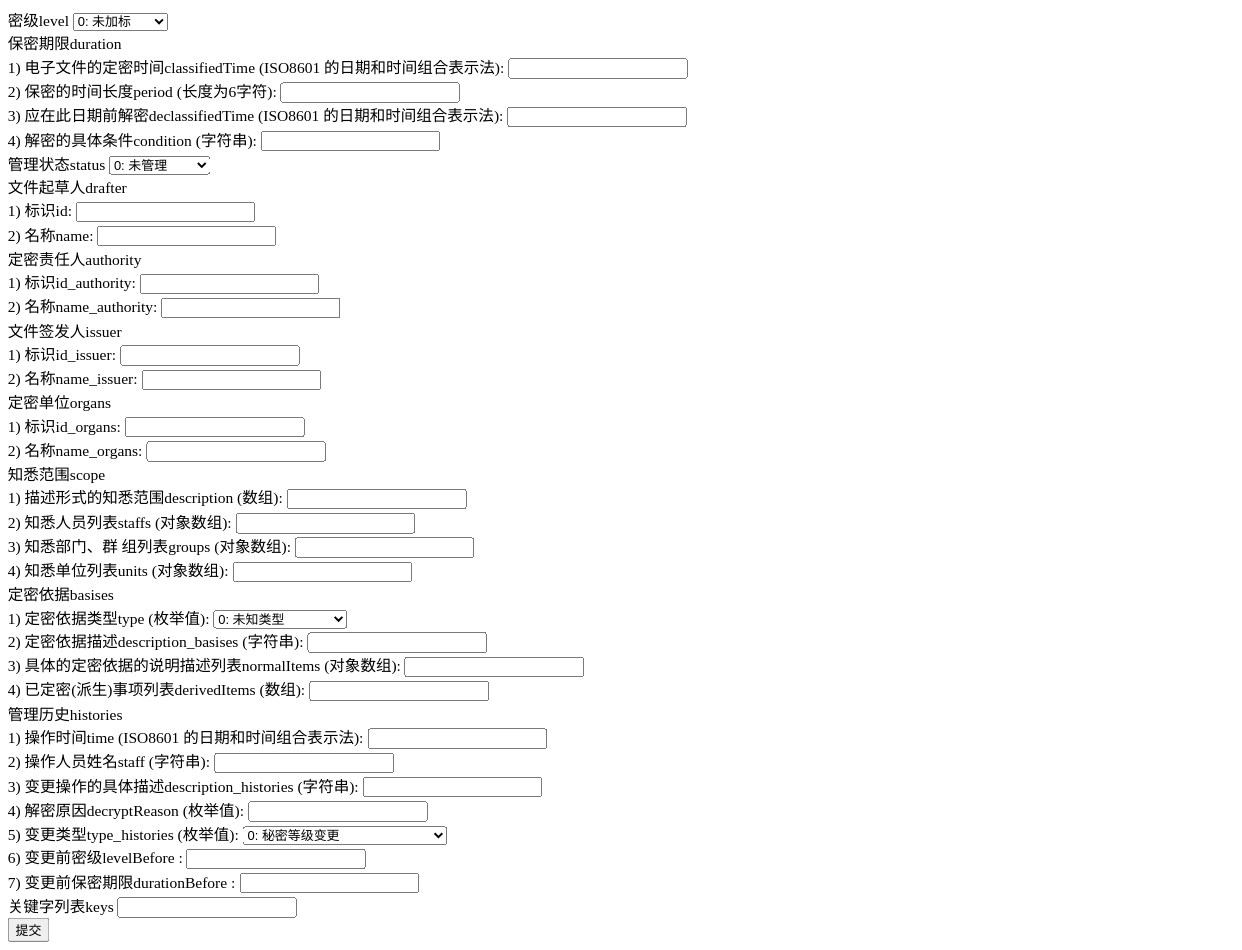
Repository: karlinglee93/eclipse-workspace
Page: jsp_test/WebContent/test.html
These files come from the project's save history. The page is drawn as it stood at one moment and after the next save; the edit follows.
The browser window is 1280 px wide. The pictures show the whole page, at 97% of full size.

Above is the page before, as saved 2018-07-04 09:07:50.

### jsp_test/WebContent/test.html
<!DOCTYPE html>
<html>
<head>
<meta charset="utf-8">
<title>Label</title>
</head>
<body>

<form action="main.jsp" method="GET">
密级level
<select name="level">
<option value="0">0: 未加标</option>
<option value="10">10: 国密公开</option>
<option value="11">11: 商密公开</option>
<option value="20">20: 国密内部</option>
<option value="21">21: 商密内部</option>
<option value="50">50: 普通商密</option>
<option value="80">80: 核心商密</option>
<option value="120">120: 秘密</option>
<option value="150">150: 机密</option>
<option value="180">180: 绝密</option>
</select>
<br />

保密期限duration
<!--不足之处：
	1）ISO8601 的日期和时间组合表示法必须人工手打；
	2）period 和declassifiedTime 之间应该存在一定的逻辑关系；
	3）condition 和其他关键字也应该存在逻辑关系。  -->
<br />
1) 电子文件的定密时间classifiedTime (ISO8601 的日期和时间组合表示法):
<input type="text" name="classifiedTime" />
<br />
2) 保密的时间长度period (长度为6字符):
<input type="text" name="period" />
<br />
3) 应在此日期前解密declassifiedTime (ISO8601 的日期和时间组合表示法):
<input type="text" name="declassifiedTime" />
<br />
4) 解密的具体条件condition (字符串):
<input type="text" name="condition" />
<br />

管理状态status
<select name="status">
<option value="0">0: 未管理</option>
<option value="20">20: 忽略</option>
<option value="50">50: 预定密</option>
<option value="80">80: 正式定密</option>
<option value="110">110: 文件签发</option>
<option value="140">140: 密级变更</option>
<option value="170">170: 文件解密</option>
</select>
<br />

文件起草人drafter
<br />
1) 标识id:
<input type="text" name="id" />
<br />
2) 名称name:
<input type="text" name="name" />
<br />

定密责任人authority
<br />
1) 标识id_authority:
<input type="text" name="id_authority" />
<br />
2) 名称name_authority:
<input type="text" name="name_authority" />
<br />

文件签发人issuer
<br />
1) 标识id_issuer:
<input type="text" name="id_issuer" />
<br />
2) 名称name_issuer:
<input type="text" name="name_issuer" />
<br />

定密单位organs
<!-- 对象数组 -->
<br />
1) 标识id_organs:
<input type="text" name="id_organs" />
<br />
2) 名称name_organs:
<input type="text" name="name_organs" />
<br />

知悉范围scope
<!-- 不足之处：
	1）staffs/groups/units 为对象数组，其中都包含id & name。
 -->
<br />
1) 描述形式的知悉范围description (数组):
<input type="text" name="description" />
<br />
2) 知悉人员列表staffs (对象数组):
<input type="text" name="staffs" />
<br />
3) 知悉部门、群 组列表groups (对象数组):
<input type="text" name="groups" />
<br />
4) 知悉单位列表units (对象数组):
<input type="text" name="units" />
<br />

定密依据basises
<!-- 不足之处：
	1）normalItems 中包含id/name/level/duration/scope/keys。
 -->
<br />
1) 定密依据类型type (枚举值):
<select name="type">
<option value="0">0: 未知类型</option>
<option value="10">10: 确定性定密事项</option>
<option value="50">50: 不明确事项</option>
<option value="90">90: 无权定密事项</option>
<option value="130">130: 派生定密事项</option>
</select>
<br />
2) 定密依据描述description_basises (字符串):
<input type="text" name="description_basises" />
<br />
3) 具体的定密依据的说明描述列表normalItems (对象数组):
<input type="text" name="normalItems" />
<br />
4) 已定密(派生)事项列表derivedItems (数组):
<input type="text" name="derivedItems" />
<br />

管理历史histories
<!-- 不足之处：
	1）levelBefore/durationBefore 与先前的取值完全相同，
		是否可用同一个关键字替代。
 -->
<br />
1) 操作时间time (ISO8601 的日期和时间组合表示法):
<input type="text" name="time" />
<br />
2) 操作人员姓名staff (字符串):
<input type="text" name="staff" />
<br />
3) 变更操作的具体描述description_histories (字符串):
<input type="text" name="description_histories" />
<br />
4) 解密原因decryptReason (枚举值):
<input type="text" name="decryptReason" />
<br />
5) 变更类型type_histories (枚举值):
<select name="type_histories">
<option value="0">0: 秘密等级变更</option>
<option value="1">1: 保密期限变更</option>
<option value="3">3: 秘密等级变更及保密期限变更</option>
</select>
<br />
6) 变更前密级levelBefore :
<input type="text" name="levelBefore" />
<br />
7) 变更前保密期限durationBefore :
<input type="text" name="durationBefore" />
<br />

关键字列表keys
<input type="text" name="keys">
<br />

<input type="submit" value="提交" />
</form>
</body>
</html>

After the next save:
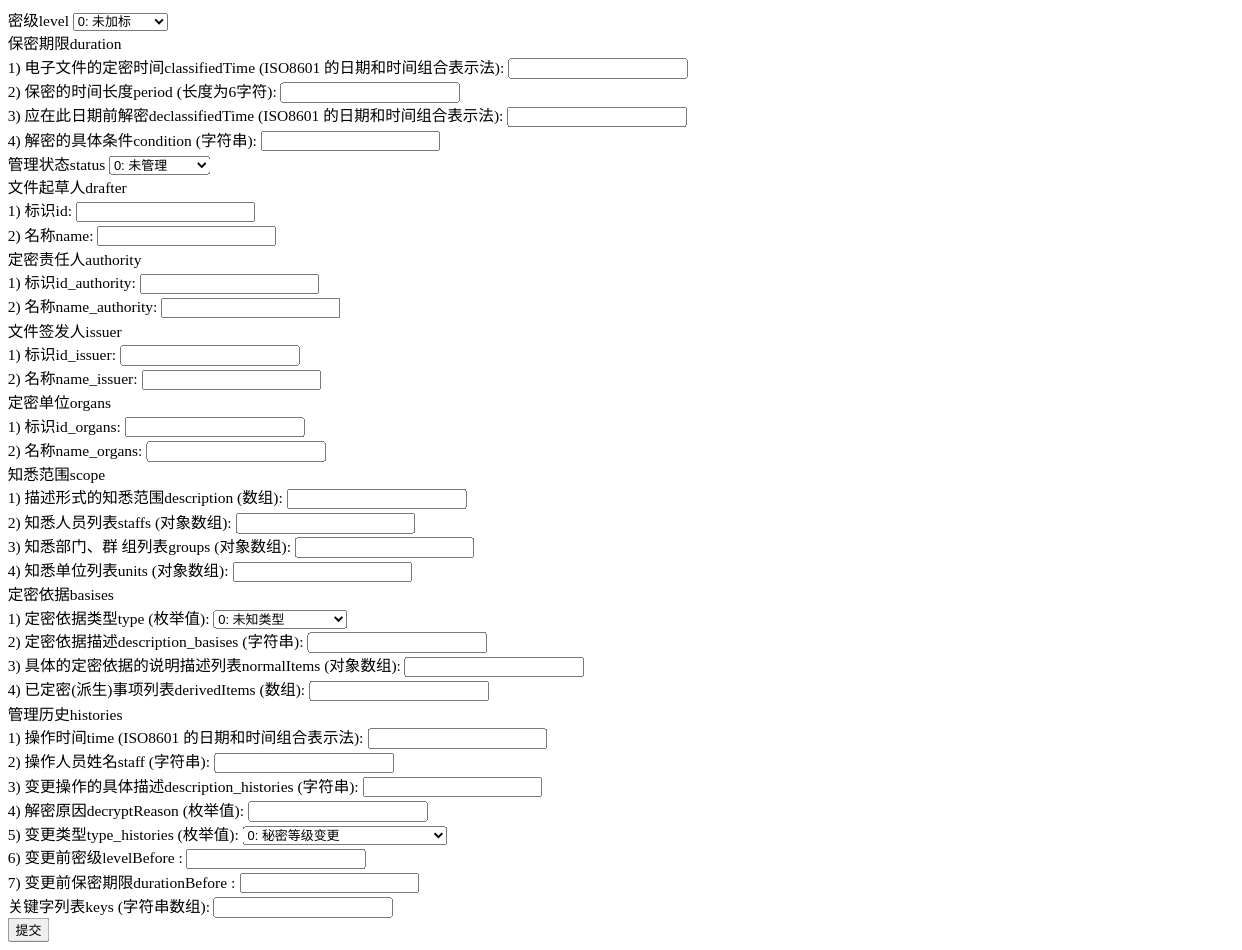
Saved 14 s later.
--- a/jsp_test/WebContent/test.html
+++ b/jsp_test/WebContent/test.html
@@ -164,7 +164,7 @@
 <input type="text" name="durationBefore" />
 <br />
 
-关键字列表keys
+关键字列表keys (字符串数组):
 <input type="text" name="keys">
 <br />
 
